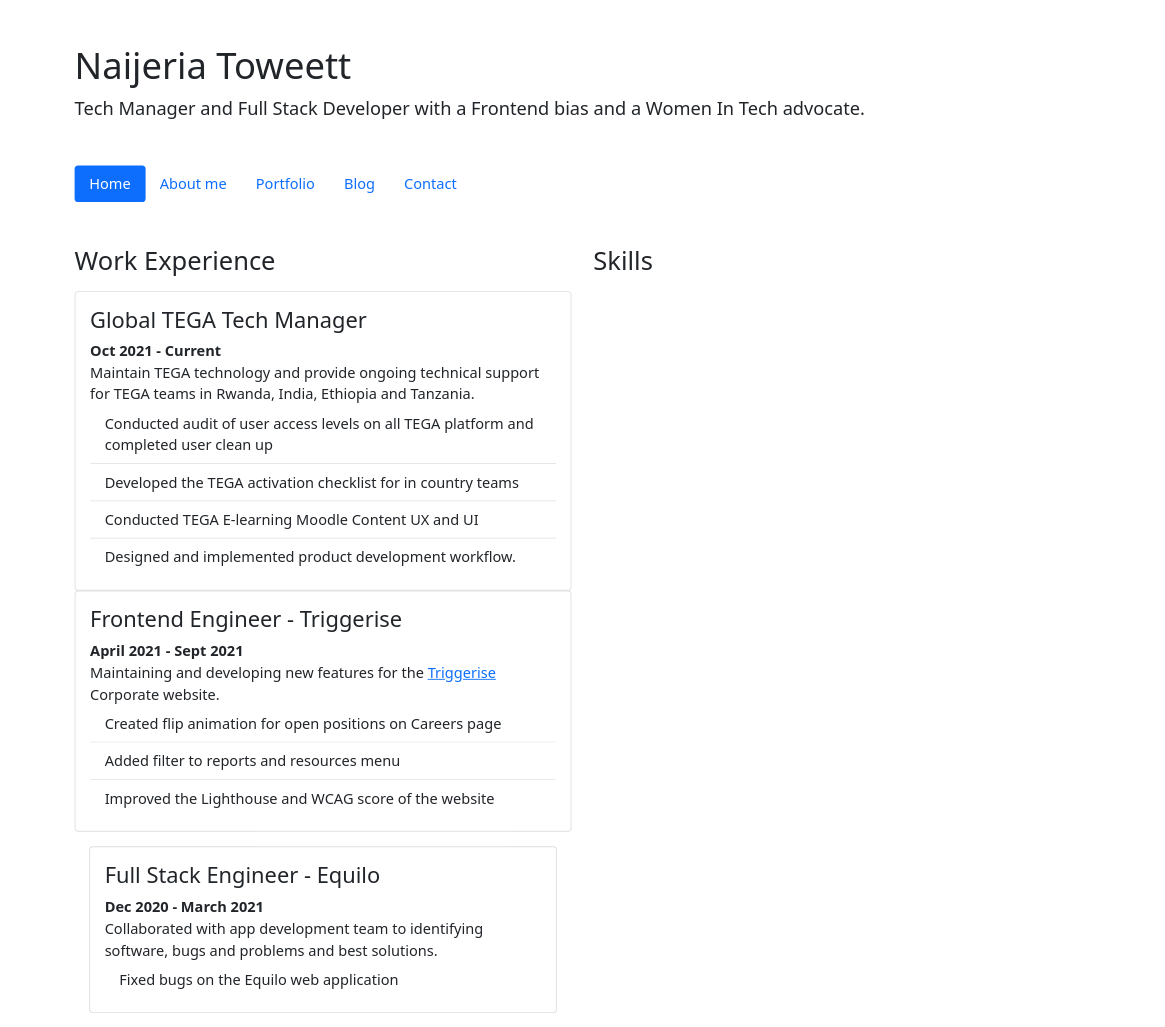
Repository: mamatechafrica/portfolio
Page: index.html
These files come from the project's save history. The page is drawn as it stood at one moment and after the next save; the edit follows.
The browser window is 1280 px wide. The pictures show the whole page, at 91% of full size.

Above is the page before, as saved 2022-01-04 16:32:01.

After the next save:
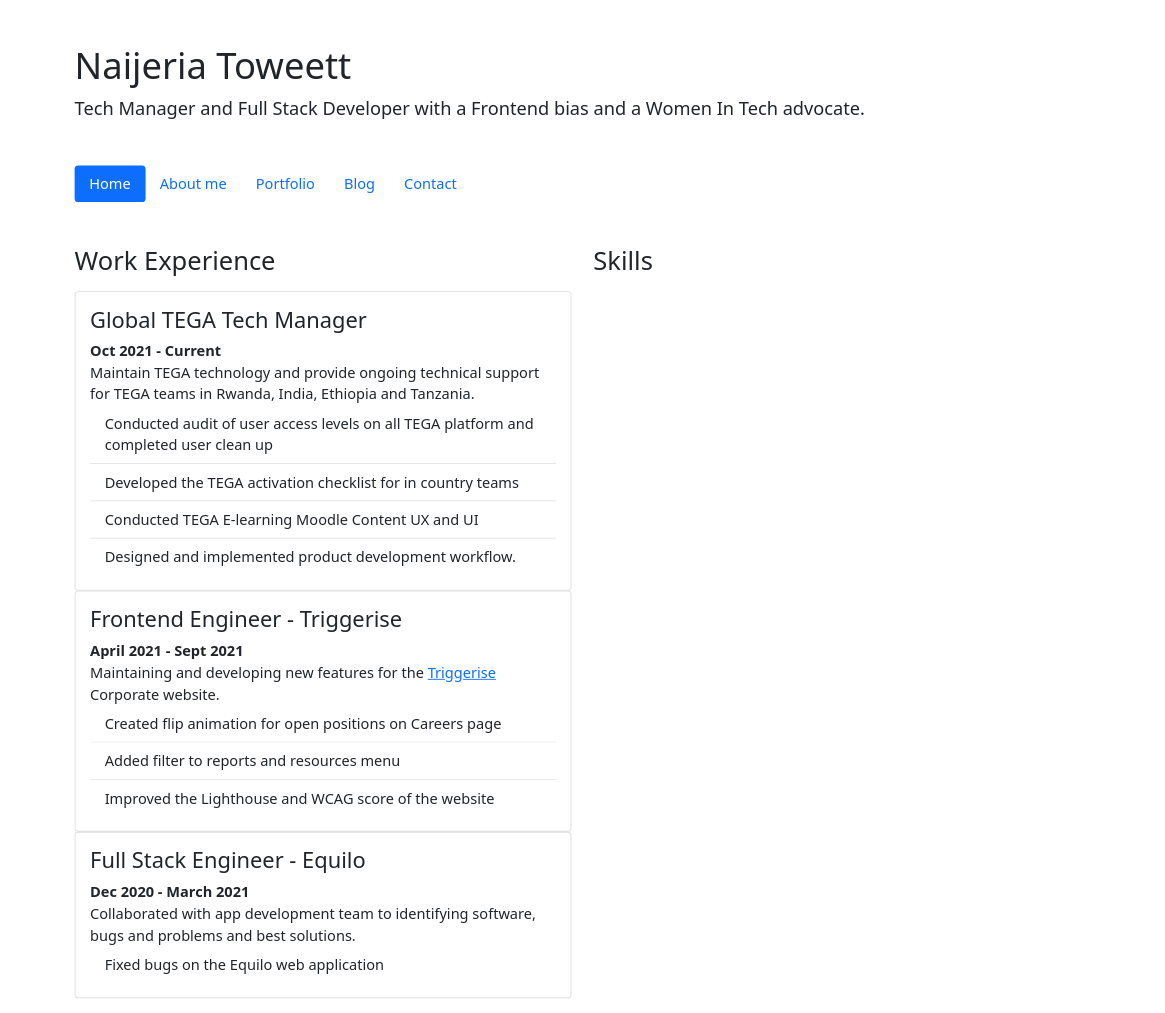
Saved 9 s later.
--- a/index.html
+++ b/index.html
@@ -74,7 +74,7 @@
                                     </ul>
                             </div>
                         </div>
-                        <div class="card m-3">
+                        <div class="card mb-3">
                             <div class="card-body">
                                 <h4>Full Stack Engineer - Equilo</h4>
                                 <div>
